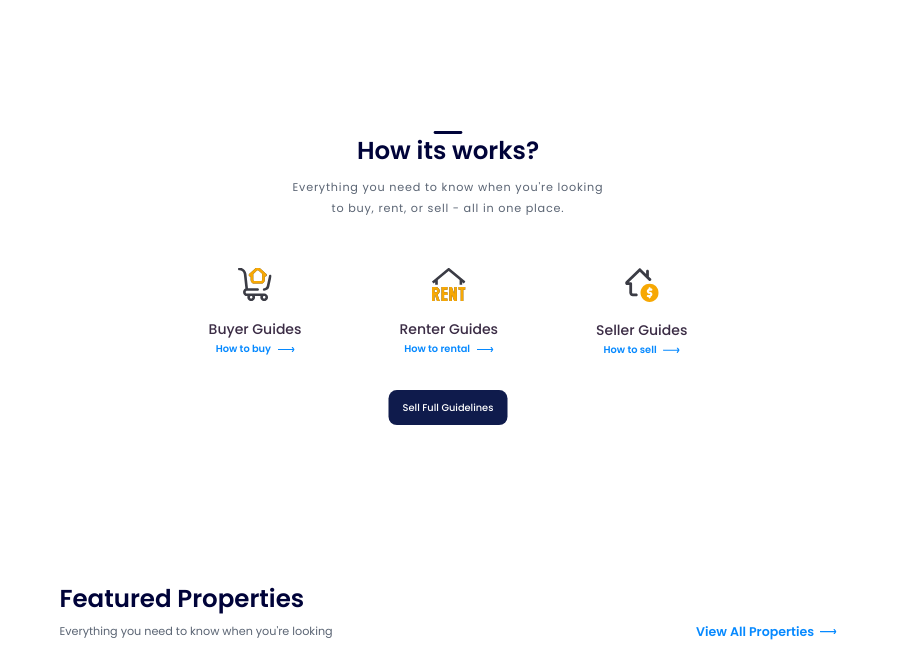
Repository: datvu1608/dv-htmlcss-01
Page: index.html
The author's editor kept a copy of each file at every save. The page is drawn from the files as they stood at one save, then again after the next save.
The browser window is 1280 px wide. The page is 1295 px wide, so the pictures cover 1295 px, including what lies to the right of the window. The pictures show the part of the page from y = 1046 to 2926 px (the page is 2000 px tall before and 2926 px after), at 70% of full size.

Above is the page before, as saved 2023-06-03 15:31:28.

### index.html
<!DOCTYPE html>
<html lang="en">
  <head>
    <meta charset="UTF-8" />
    <meta http-equiv="X-UA-Compatible" content="IE=edge" />
    <meta name="viewport" content="width=device-width, initial-scale=1.0" />
    <title>Project 1</title>
    <link rel="stylesheet" href="./assets/css/reset.css" />
    <link rel="stylesheet" href="./assets/fonts/stylesheet.css" />
    <link rel="stylesheet" href="./assets/css/style.css" />
  </head>
  <body>
    <main style="height: 2000px">
      <!-- Header -->
      <header class="header">
        <div class="content">
          <nav class="navbar">
            <!-- logo -->
            <img src="./assets/img/Logo.svg" alt="Besnik" />
            <!-- navigation -->
            <ul>
              <li><a href="#!">Home</a></li>
              <li><a href="#!">Features</a></li>
              <li><a href="#!">Services</a></li>
              <li><a href="#!">Resources</a></li>
              <li><a href="#!">Contact</a></li>
            </ul>
            <!-- action -->
            <div class="actions">
              <a href="#!" class="action-link">Sign up</a>
              <a href="#!" class="btn action-btn">Sign in</a>
            </div>
          </nav>
          <div class="hero">
            <div class="info">
              <p class="sub-title">Welcome to Besnik Agency</p>
              <h1 class="title">Discover a place you'll love to live.</h1>
              <p class="desc">
                Get the best real estate deals first, before they hit the mass
                market! hot forecloseru deals with one simple search.
              </p>
              <a href="#!" class="btn hero-cta">More About Us</a>
            </div>
            <img src="./assets/img/hero-img.svg" alt="" class="hero-img" />
          </div>
        </div>
      </header>

      <!-- Client -->
      <div class="clients">
        <div class="content">
          <div class="row">
            <!-- logo -->
            <img src="./assets/img/Logo.svg" alt="Besnik" />
            <!-- Stars -->
            <div class="stars">
              <img src="./assets/img/star.svg" alt="star" />
              <img src="./assets/img/star.svg" alt="star" />
              <img src="./assets/img/star.svg" alt="star" />
              <img src="./assets/img/star.svg" alt="star" />
              <img src="./assets/img/star.svg" alt="star" />
            </div>
          </div>

          <div class="row row-desc">
            <p class="desc">More than 45,000+ companies trust besnik</p>
            <p class="desc">5 Star Ratings (2k+ Review)</p>
          </div>
          <div class="images">
            <img src="./assets/img/client-1.svg" alt="" />
            <img src="./assets/img/client-2.svg" alt="" />
            <img src="./assets/img/client-3.svg" alt="" />
            <img src="./assets/img/client-4.svg" alt="" />
            <img src="./assets/img/client-5.svg" alt="" />
          </div>
        </div>
      </div>
      <!-- Guides -->
      <div class="guides">
        <div class="content">
          <h2 class="sub-title">How its works?</h2>
          <p class="desc">
            Everything you need to know when you're looking to buy, rent, or
            sell - all in one place.
          </p>

          <!-- List guide -->
          <ul class="list-guide">
            <li class="guide-item">
              <img src="./assets/img/buyer.svg" alt="buyer" class="icon" />
              <h3 class="title">Buyer Guides</h3>
              <a href="#!" class="link"
                ><span>How to buy</span>
                <img
                  src="./assets/img/arrow-right.svg"
                  alt="arrow-right"
                  class="arrow"
                />
              </a>
            </li>
            <li class="guide-item">
              <img src="./assets/img/renter.svg" alt="buyer" class="icon" />
              <h3 class="title">Renter Guides</h3>
              <a href="#!" class="link"
                ><span>How to rental</span>
                <img
                  src="./assets/img/arrow-right.svg"
                  alt="arrow-right"
                  class="arrow"
                />
              </a>
            </li>
            <li class="guide-item">
              <img src="./assets/img/seller.svg" alt="buyer" class="icon" />
              <h3 class="title">Seller Guides</h3>
              <a href="#!" class="link"
                ><span>How to sell</span>
                <img
                  src="./assets/img/arrow-right.svg"
                  alt="arrow-right"
                  class="arrow"
                />
              </a>
            </li>
          </ul>
          <div class="guide-cta">
            <a href="#!" class="btn">Sell Full Guidelines</a>
          </div>
        </div>
      </div>

      <!-- Features -->
      <div class="featured">
        <div class="content">
          <header>
            <h2 class="sub-title">Featured Properties</h2>
            <div class="row">
              <p class="desc">
                Everything you need to know when you're looking
              </p>
              <a href="#!" class="link">
                <span>View All Properties</span>
                <img
                  src="./assets/img/arrow-right.svg"
                  alt="arrow"
                  class="arrow"
                />
              </a>
            </div>
          </header>
          <div class="list">
            <!-- Featured item 1 -->
            <div class="item">
              <img src="" alt="" />
            </div>
          </div>
        </div>
      </div>
    </main>
  </body>
</html>

### assets/fonts/stylesheet.css
/* ============ Poppins =================== */
@font-face {
  font-family: 'Poppins';
  src: url('Poppins-BlackItalic.woff2') format('woff2'),
    url('Poppins-BlackItalic.woff') format('woff');
  font-weight: 900;
  font-style: italic;
  font-display: swap;
}

@font-face {
  font-family: 'Poppins';
  src: url('Poppins-Bold.woff2') format('woff2'),
    url('Poppins-Bold.woff') format('woff');
  font-weight: bold;
  font-style: normal;
  font-display: swap;
}

@font-face {
  font-family: 'Poppins';
  src: url('Poppins-Black.woff2') format('woff2'),
    url('Poppins-Black.woff') format('woff');
  font-weight: 900;
  font-style: normal;
  font-display: swap;
}

@font-face {
  font-family: 'Poppins';
  src: url('Poppins-BoldItalic.woff2') format('woff2'),
    url('Poppins-BoldItalic.woff') format('woff');
  font-weight: bold;
  font-style: italic;
  font-display: swap;
}

@font-face {
  font-family: 'Poppins';
  src: url('Poppins-ExtraBoldItalic.woff2') format('woff2'),
    url('Poppins-ExtraBoldItalic.woff') format('woff');
  font-weight: bold;
  font-style: italic;
  font-display: swap;
}

@font-face {
  font-family: 'Poppins';
  src: url('Poppins-ExtraLightItalic.woff2') format('woff2'),
    url('Poppins-ExtraLightItalic.woff') format('woff');
  font-weight: 200;
  font-style: italic;
  font-display: swap;
}

@font-face {
  font-family: 'Poppins';
  src: url('Poppins-LightItalic.woff2') format('woff2'),
    url('Poppins-LightItalic.woff') format('woff');
  font-weight: 300;
  font-style: italic;
  font-display: swap;
}

@font-face {
  font-family: 'Poppins';
  src: url('Poppins-ExtraBold.woff2') format('woff2'),
    url('Poppins-ExtraBold.woff') format('woff');
  font-weight: bold;
  font-style: normal;
  font-display: swap;
}

@font-face {
  font-family: 'Poppins';
  src: url('Poppins-Italic.woff2') format('woff2'),
    url('Poppins-Italic.woff') format('woff');
  font-weight: normal;
  font-style: italic;
  font-display: swap;
}

@font-face {
  font-family: 'Poppins';
  src: url('Poppins-Light.woff2') format('woff2'),
    url('Poppins-Light.woff') format('woff');
  font-weight: 300;
  font-style: normal;
  font-display: swap;
}

@font-face {
  font-family: 'Poppins';
  src: url('Poppins-ExtraLight.woff2') format('woff2'),
    url('Poppins-ExtraLight.woff') format('woff');
  font-weight: 200;
  font-style: normal;
  font-display: swap;
}

@font-face {
  font-family: 'Poppins';
  src: url('Poppins-Medium.woff2') format('woff2'),
    url('Poppins-Medium.woff') format('woff');
  font-weight: 500;
  font-style: normal;
  font-display: swap;
}

@font-face {
  font-family: 'Poppins';
  src: url('Poppins-Regular.woff2') format('woff2'),
    url('Poppins-Regular.woff') format('woff');
  font-weight: normal;
  font-style: normal;
  font-display: swap;
}

@font-face {
  font-family: 'Poppins';
  src: url('Poppins-SemiBold.woff2') format('woff2'),
    url('Poppins-SemiBold.woff') format('woff');
  font-weight: 600;
  font-style: normal;
  font-display: swap;
}

@font-face {
  font-family: 'Poppins';
  src: url('Poppins-ThinItalic.woff2') format('woff2'),
    url('Poppins-ThinItalic.woff') format('woff');
  font-weight: 100;
  font-style: italic;
  font-display: swap;
}

@font-face {
  font-family: 'Poppins';
  src: url('Poppins-MediumItalic.woff2') format('woff2'),
    url('Poppins-MediumItalic.woff') format('woff');
  font-weight: 500;
  font-style: italic;
  font-display: swap;
}

@font-face {
  font-family: 'Poppins';
  src: url('Poppins-Thin.woff2') format('woff2'),
    url('Poppins-Thin.woff') format('woff');
  font-weight: 100;
  font-style: normal;
  font-display: swap;
}

@font-face {
  font-family: 'Poppins';
  src: url('Poppins-SemiBoldItalic.woff2') format('woff2'),
    url('Poppins-SemiBoldItalic.woff') format('woff');
  font-weight: 600;
  font-style: italic;
  font-display: swap;
}
/* ============ Poppins =================== */

### assets/css/style.css
* {
  box-sizing: border-box;
}
html {
  font-size: 62.5%;
}
body {
  font-size: 1.6rem;
  font-family: 'Poppins', sans-serif;
}

/* Common */
:root {
  --primary-color: #0f1b4c;
}
a {
  text-decoration: none;
}
.content {
  width: 1110px;
  max-width: calc(100% - 48px);
  margin-left: auto;
  margin-right: auto;
}
.btn {
  display: inline-block;
  padding: 18px 16px;
  min-width: 98px;
  background: var(--primary-color);
  border-radius: 12px;
  font-weight: 500;
  font-size: 1.4rem;
  text-align: center;
  color: #fff;
}
.btn:hover {
  opacity: 0.9;
}
/* Header */
.header {
  position: relative;
  height: 100vh;
  background: #e6f0ff;
}

.navbar {
  display: flex;
  align-items: center;
  padding-top: 38px;
}

.navbar ul {
  display: flex;
  margin-left: 50px;
}

.navbar .actions {
  margin-left: auto;
}
.navbar ul a {
  font-weight: 500;
  font-size: 1s4rem;
  color: #4f5361;
  padding: 8px 1.4rem;
}
.navbar ul a:hover {
  text-decoration: underline;
}
.navbar .action-link {
  font-size: 1.4rem;
  color: var(--primary-color);
  font-weight: 500;
}
.navbar .action-btn {
  padding: 13px 16px;
  margin-left: 18px;
  border-radius: 8px;
}
/* hero */
.hero {
  margin-top: 130px;
}
.hero .info {
  max-width: 51%;
}
.hero .sub-title {
  font-weight: 500;
  font-size: 1.8rem;
  line-height: 1.5;
  letter-spacing: 0.01em;
  color: #687690;
}
.hero .title {
  margin-top: 8px;
  font-weight: 700;
  font-size: 6.2rem;
  line-height: 1.19;
  color: #000336;
}
.hero .desc {
  margin-top: 30px;
  font-weight: 400;
  font-size: 1.8rem;
  line-height: 1.78;
  color: #5a6473;
}

.hero-cta {
  min-width: 170px;
  margin-top: 40px;
}
.hero-img {
  position: absolute;
  right: calc((100vw - 1110px) / 2 - 100px);
  bottom: 0;
}

/* clients   */
.clients {
  margin-top: 122px;
}
.clients .row {
  display: flex;
  justify-content: space-between;
}
.clients .desc {
  font-weight: 500;
  font-size: 1.6rem;
  line-height: 1.25;
  color: #7d8589;
}
.clients .row-desc {
  margin-top: 23px;
}
.clients .images {
  display: flex;
  align-items: center;
  justify-content: space-between;
  margin-top: 96px;
}

/* Guides */
.guides {
  margin-top: 200px;
}
.guides .sub-title {
  position: relative;
  font-weight: 600;
  font-size: 3.5rem;
  line-height: 1;
  text-align: center;
  color: #000339;
}
.guides .sub-title::before {
  position: absolute;
  top: -10px;
  left: 50%;
  transform: translateX(-50%);
  content: '';
  display: inline-block;
  width: 41px;
  height: 4px;
  background: #000339;
  border-radius: 12px;
}
.guides .desc {
  width: 459px;
  max-width: 100%;
  margin: 20px auto 0;
  font-weight: 400;
  font-size: 1.6rem;
  letter-spacing: 1.15px;
  line-height: 1.88;
  text-align: center;
  color: #5a6473;
}

/* List guide */
.list-guide {
  display: flex;
  justify-content: center;
  margin-top: 70px;
}
.guide-item {
  margin: 0 70px;
  text-align: center;
}
.guide-item .title {
  margin-top: 26px;
  font-weight: 500;
  font-size: 2rem;
  line-height: 1.1;
  color: #3b2c45;
}
.guide-item .link {
  display: inline-block;
  margin-top: 10px;
  font-weight: 600;
  font-size: 1.4rem;
  color: #0689ff;
}
.guide-item .arrow {
  margin-left: 6px;
}
.guide-cta {
  display: flex;
  justify-content: center;
  margin-top: 50px;
}
.guide-cta .btn {
  min-width: 170px;
}

/* Featured */
.featured {
  margin-top: 230px;
}
.featured .sub-title {
  font-weight: 600;
  font-size: 3.5rem;
  line-height: 1;
  color: #000339;
}
.featured .row {
  display: flex;
  justify-content: space-between;
  margin-top: 15px;
}
.featured .desc {
  font-weight: 400;
  font-size: 1.6rem;
  line-height: 1.88;
  color: #5a6473;
}
.featured .link {
  display: flex;
  align-items: center;
  font-weight: 600;
  font-size: 1.8rem;
  color: #0689ff;
}
.featured .link .arrow {
  margin-left: 8px;
}

Loaded but not shown: assets/css/reset.css (common file)

After the next save:
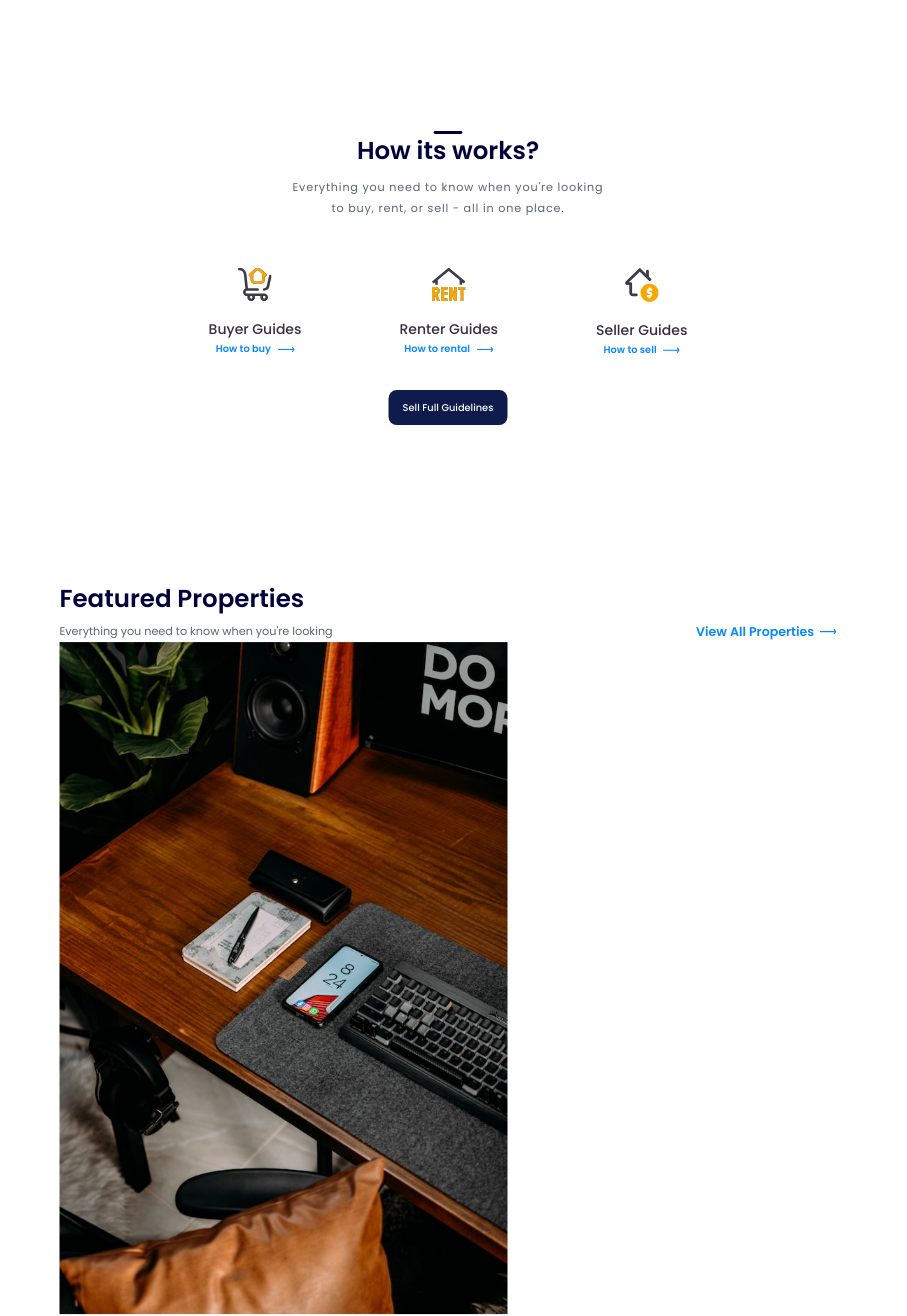
Saved 17 s later.
--- a/index.html
+++ b/index.html
@@ -151,7 +151,7 @@
           <div class="list">
             <!-- Featured item 1 -->
             <div class="item">
-              <img src="" alt="" />
+              <img src="./assets/img/featured-1.jpg" alt="" />
             </div>
           </div>
         </div>
